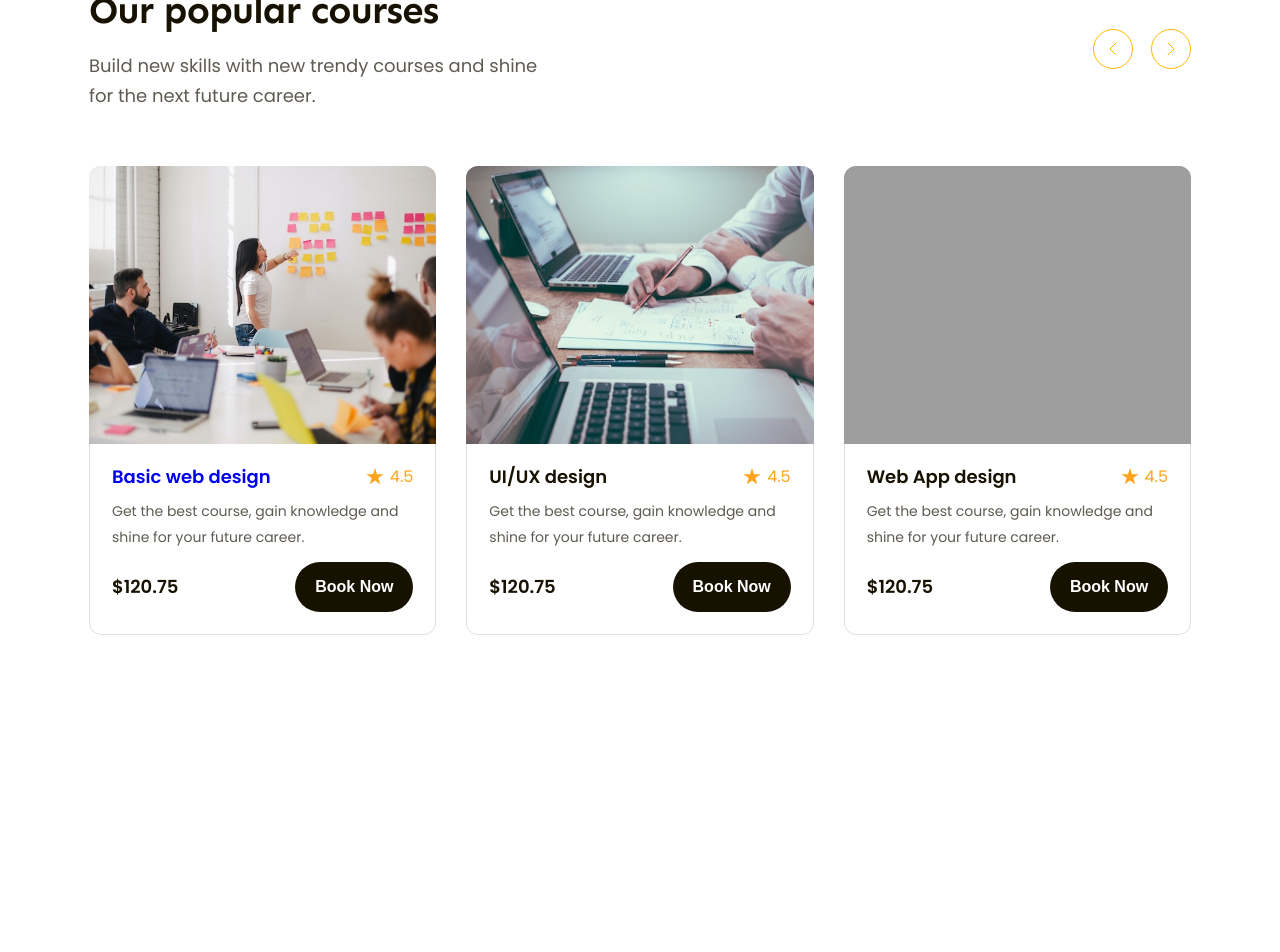
Repository: anhtien111198/f8-htmlcss-02
Page: index.html
An editor plug-in stored every save of this project. The page is shown before and after the next save, followed by the edit.
The browser window is 1280 px wide. The pictures show the part of the page from y = 1113 to 2065 px (the page is 5000 px tall).
Pictures or frames that could not be fetched are drawn as grey boxes. A picture or video elsewhere on the page could not be fetched, so the positions and the page height are approximate.

Above is the page before, as saved 2023-05-09 10:56:41.

### index.html
<!DOCTYPE html>
<html lang="en">
    <head>
        <meta charset="UTF-8" />
        <meta http-equiv="X-UA-Compatible" content="IE=edge" />
        <meta name="viewport" content="width=device-width, initial-scale=1.0" />
        <title>F8 project 02</title>
        <!-- reset css -->
        <link rel="stylesheet" href="./assets/css/reset.css" />
        <!-- font style -->
        <link rel="preconnect" href="https://fonts.googleapis.com" />
        <link rel="preconnect" href="https://fonts.gstatic.com" crossorigin />
        <link
            href="https://fonts.googleapis.com/css2?family=Poppins:ital,wght@0,400;0,500;0,600;0,700;0,800;0,900;1,400&family=Sen:wght@700&display=swap"
            rel="stylesheet"
        />
        <!-- style css -->
        <link rel="stylesheet" href="./assets/css/style.css" />
    </head>
    <body>
        <main style="height: 5000px">
            <!-- header -->
            <header class="header fixed">
                <div class="main-content">
                    <div class="body">
                        <img
                            src="./assets/img/Logo.svg"
                            alt="lesson."
                            class="logo"
                        />
                        <!-- nav -->
                        <nav class="nav">
                            <ul>
                                <li class="active">
                                    <a href="#!">Home</a>
                                </li>
                                <li>
                                    <a href="#!">Courses</a>
                                </li>
                                <li>
                                    <a href="#!">Pricing</a>
                                </li>
                                <li>
                                    <a href="#!">Reviews</a>
                                </li>
                            </ul>
                        </nav>
                        <!-- action -->
                        <div class="action">
                            <a href="#!" class="btn sign-up-btn">Sign Up</a>
                        </div>
                    </div>
                </div>
            </header>
            <!-- Hero -->
            <div class="hero">
                <div class="main-content">
                    <div class="body">
                        <!-- hero-left -->
                        <div class="media-block">
                            <img
                                src="./assets/img/hero-img-2.jpg"
                                alt="Learn without limits and spread knowledge."
                                class="img"
                            />
                            <div class="hero-summary">
                                <div class="item">
                                    <div class="icon">
                                        <img
                                            src="./assets/icons/list.svg"
                                            alt="list"
                                        />
                                    </div>
                                    <div class="info">
                                        <p class="label">20 Courses</p>
                                        <p class="title">UI/UX Design</p>
                                    </div>
                                </div>

                                <div class="item">
                                    <div class="icon">
                                        <img
                                            src="./assets/icons/code.svg"
                                            alt="list"
                                        />
                                    </div>
                                    <div class="info">
                                        <p class="label">20 Courses</p>
                                        <p class="title">Development</p>
                                    </div>
                                </div>

                                <div class="item">
                                    <div class="icon">
                                        <img
                                            src="./assets/icons/speaker.svg"
                                            alt="list"
                                        />
                                    </div>
                                    <div class="info">
                                        <p class="label">30 Courses</p>
                                        <p class="title">Marketing</p>
                                    </div>
                                </div>
                            </div>
                        </div>
                        <!-- hero right -->
                        <div class="content-block">
                            <h1 class="heading lv1">
                                Learn without limits and spread knowledge.
                            </h1>
                            <p class="desc">
                                Build new skills for that “this is my year”
                                feeling with courses, certificates, and degrees
                                from world-class universities and companies.
                            </p>
                            <div class="cta-group">
                                <a href="" class="btn hero-cta">See Course</a>
                                <button class="watch-video">
                                    <div class="icon">
                                        <img
                                            src="./assets/icons/play.svg"
                                            alt="play"
                                        />
                                    </div>
                                    <span>Watch Video</span>
                                </button>
                            </div>
                            <p class="desc">Recent engagement</p>
                            <p class="desc stats">
                                <strong>50K</strong> Students
                                <strong>70+</strong> Courses
                            </p>
                        </div>
                    </div>
                </div>
            </div>
            <!-- Popular -->
            <div class="popular">
                <div class="main-content">
                    <div class="popular-top">
                        <div class="info">
                            <h2 class="heading lv2">Our popular courses</h2>
                            <p class="desc">
                                Build new skills with new trendy courses and
                                shine for the next future career.
                            </p>
                        </div>
                        <div class="controls">
                            <button class="control-btn">
                                <svg
                                    width="8"
                                    height="14"
                                    viewBox="0 0 8 14"
                                    fill="none"
                                    xmlns="http://www.w3.org/2000/svg"
                                >
                                    <path
                                        d="M7 1L1 7L7 13"
                                        stroke="currentColor"
                                        stroke-linecap="round"
                                        stroke-linejoin="round"
                                    />
                                </svg>
                            </button>
                            <button class="control-btn">
                                <svg
                                    width="8"
                                    height="14"
                                    viewBox="0 0 8 14"
                                    fill="none"
                                    xmlns="http://www.w3.org/2000/svg"
                                >
                                    <path
                                        d="M1 1L7 7L1 13"
                                        stroke="currentColor"
                                        stroke-linecap="round"
                                        stroke-linejoin="round"
                                    />
                                </svg>
                            </button>
                        </div>
                    </div>

                    <div class="course-list">
                        <!-- course 1 -->
                        <div class="course-item">
                            <a href="#!">
                                <img
                                    src="./assets/img/course-1.jpg"
                                    alt="Basic web design"
                                    class="thumb"
                                />
                            </a>
                            <div class="info">
                                <div class="head">
                                    <h3 class="title">
                                        <a href="#!">Basic web design</a>
                                    </h3>
                                    <div class="rating">
                                        <img
                                            src="./assets/icons/star.svg"
                                            alt="star"
                                            class="star"
                                        />
                                        <span class="value">4.5</span>
                                    </div>
                                </div>
                                <p class="desc">
                                    Get the best course, gain knowledge and
                                    shine for your future career.
                                </p>
                                <div class="foot">
                                    <span class="price">$120.75</span>
                                    <button class="btn book-btn">
                                        Book Now
                                    </button>
                                </div>
                            </div>
                        </div>

                        <!-- course-2 -->
                        <div class="course-item">
                            <a href="">
                                <img
                                    src="./assets/img/course-2.jpg"
                                    alt="UI/UX design"
                                    class="thumb"
                                />
                            </a>
                            <div class="info">
                                <div class="head">
                                    <h3 class="title">UI/UX design</h3>
                                    <div class="rating">
                                        <img
                                            src="./assets/icons/star.svg"
                                            alt="star"
                                            class="star"
                                        />
                                        <span class="value">4.5</span>
                                    </div>
                                </div>
                                <p class="desc">
                                    Get the best course, gain knowledge and
                                    shine for your future career.
                                </p>
                                <div class="foot">
                                    <span class="price">$120.75</span>
                                    <button class="btn book-btn">
                                        Book Now
                                    </button>
                                </div>
                            </div>
                        </div>
                        <!-- course 3 -->
                        <div class="course-item">
                            <a href="">
                                <img
                                    src="./assets/img/course-3.jpg"
                                    alt="Web App design"
                                    class="thumb"
                                />
                            </a>
                            <div class="info">
                                <div class="head">
                                    <h3 class="title">Web App design</h3>
                                    <div class="rating">
                                        <img
                                            src="./assets/icons/star.svg"
                                            alt="star"
                                            class="star"
                                        />
                                        <span class="value">4.5</span>
                                    </div>
                                </div>
                                <p class="desc">
                                    Get the best course, gain knowledge and
                                    shine for your future career.
                                </p>
                                <div class="foot">
                                    <span class="price">$120.75</span>
                                    <button class="btn book-btn">
                                        Book Now
                                    </button>
                                </div>
                            </div>
                        </div>
                    </div>
                </div>
            </div>
        </main>
    </body>
</html>

### assets/css/style.css
* {
    box-sizing: border-box;
}
:root {
    --primary: #ffb900;
    --font-heading: Sen, sans-serif;
}
html {
    font-size: 62.5%;
}
body {
    font-size: 1.6rem;
    font-family: "Poppins", sans-serif;
}
/* =========Common============= */
a {
    text-decoration: none;
}
.btn {
    display: inline-block;
    min-width: 118px;
    padding: 0 16px;
    line-height: 50px;
    font-weight: 600;
    font-size: 1.6rem;
    text-align: center;
    color: #ffffff;
    background: #171100;
    border-radius: 999px;
}
.btn:hover {
    cursor: pointer;
    opacity: 0.9;
}
.heading {
    font-family: var(--font-heading);
    font-weight: 700;
    letter-spacing: -0.02em;
    color: #171100;
}
.heading.lv1 {
    font-size: 5.8rem;
    line-height: 1.17;
}
.heading.lv2 {
    font-size: 3.8rem;
    line-height: 1.26;
}
.main-content {
    width: 1170px;
    max-width: calc(100% - 48px);
    margin: auto;
}
/* =========Header============= */
.header {
    background-color: #fffcf4;
}
.header.fixed {
    position: sticky;
    top: -28px;
    z-index: 9;
}
.header .body {
    display: flex;
    align-items: center;
    padding: 36px 0 8px;
}
.nav {
    margin-left: auto;
}
.nav ul {
    display: flex;
}
.nav a {
    position: relative;
    padding: 8px 21px;
    font-weight: 400;
    font-size: 1.6rem;
    color: #5f5b53;
}
.nav a:hover,
.nav li.active a {
    /* font-weight: 600; */
    text-shadow: 1px 0 0 currentColor;
    color: #171100;
}
.nav li.active a::after {
    position: absolute;
    content: "";
    bottom: 6px;
    left: 21px;
    display: block;
    width: 12px;
    height: 2px;
    background: #171100;
    border-radius: 1px;
}
.header .sign-up-btn {
    min-width: 144px;
}
.header .action {
    margin-left: 49px;
}
/* =========hero============== */
.hero {
    padding: 56px 0 65px;
    background: #fffcf4;
}
.hero .body {
    display: flex;
}

/* ========hero left============== */
.hero .media-block {
    position: relative;
    width: 48%;
}
.hero .media-block .img {
    width: 470px;
    height: 685px;
    object-fit: cover;
    border-radius: 20px;
    /* dùng để xử lý phần thừa khi sử dụng thẻ inline */
    display: block;
}
.hero-summary {
    position: absolute;
    width: 270px;
    padding: 24px;
    right: 0;
    bottom: 48px;
    background: #ffffff;
    box-shadow: 0px 16px 32px rgba(0, 0, 0, 0.05);
    border-radius: 12px;
}
.hero-summary .item {
    display: flex;
    align-items: center;
}
.hero-summary .item + .item {
    margin-top: 22px;
}
.hero-summary .icon {
    width: 48px;
    height: 48px;
    border-radius: 50%;
    display: flex;
    justify-content: center;
    align-items: center;
    background: #fff9e8;
}
.hero-summary .item:nth-of-type(2) .icon {
    background: #fcefff;
}
.hero-summary .item:nth-of-type(2) .icon {
    background: #ebeaff;
}
.hero-summary .info {
    margin-left: 16px;
}
.hero-summary .label {
    font-weight: 400;
    font-size: 1.4rem;
    line-height: 1.86;
    color: #5f5b53;
}
.hero-summary .title {
    font-weight: 600;
    font-size: 1.8rem;
    line-height: 1.67;
    color: #171100;
}

/* =========hero right============= */
.hero .content-block {
    width: 52%;
    padding: 64px 0 0 130px;
}

.hero .desc {
    margin-top: 22px;
    font-weight: 400;
    font-size: 1.8rem;
    line-height: 1.67;
    color: #5f5b53;
}
.hero .cta-group {
    display: flex;
    align-items: center;
    margin: 38px 0 48px;
}
.hero-cta {
    min-width: 180px;
    line-height: 64px;
    background-color: var(--primary);
}
.hero .watch-video {
    display: flex;
    align-items: center;
    margin-left: 28px;
    border: none;
    background: #fffcf4;
    cursor: pointer;
}
.hero .watch-video .icon {
    display: flex;
    align-items: center;
    justify-content: center;
    width: 40px;
    height: 40px;
    border-radius: 50%;
    background: #ffffff;
    box-shadow: 0px 8px 16px rgba(0, 0, 0, 0.07);
}

.hero .watch-video span {
    margin-left: 14px;
    font-weight: 600;
    font-size: 1.8rem;
    line-height: 1.67;
    color: #171100;
    background: #fffcf4;
}
.hero .stats {
    margin: 8px 0 0 -28px;
}
.hero .stats strong {
    padding: 0 8px 0 28px;
    font-family: var(--font-heading);
    font-weight: 700;
    font-size: 4.4rem;
    line-height: 1.23;
    color: #171100;
}

/* =========Popular========= */
.popular {
    padding: 65px;
    margin-top: 135px;
}
.popular-top {
    display: flex;
    justify-content: space-between;
}
.popular-top .desc {
    margin-top: 16px;
    width: 458px;
    font-weight: 400;
    font-size: 1.8rem;
    line-height: 1.67;
    color: #5f5b53;
}
.popular-top .controls {
    display: flex;
    align-items: center;
    gap: 18px;
}
.popular-top .control-btn {
    display: flex;
    align-items: center;
    justify-content: center;
    width: 40px;
    height: 40px;
    border-radius: 50%;
    color: var(--primary);
    border: 1px solid var(--primary);
    background: transparent;
}
.popular-top .control-btn:hover {
    background: var(--primary);
    color: #fff;
    cursor: pointer;
}
.popular .course-list {
    display: flex;
    gap: 30px;
    margin-top: 55px;
}
.popular .course-item {
    flex: 1;
    background: #ffffff;
    border: 1px solid #e2dfda;
    border-radius: 12px;
}
.popular .course-item:hover {
    border-color: transparent;
    background: #ffffff;
    box-shadow: 0px 18px 36px rgba(0, 0, 0, 0.05);
}
.popular .course-item .thumb {
    width: calc(100% + 2px);
    height: 278px;
    margin: -1px;
    object-fit: cover;
    border-radius: 12px 12px 0px 0px;
}
.popular .course-item .info {
    padding: 16px 22px 22px 22px;
}
.popular .course-item .rating,
.popular .course-item .foot,
.popular .course-item .head {
    display: flex;
    align-items: center;
    justify-content: space-between;
}
.popular .course-item .title {
    font-weight: 600;
    font-size: 1.8rem;
    line-height: 1.67;
    color: #171100;
}
.popular .rating .value {
    margin-left: 6px;
    font-weight: 400;
    font-size: 1.6rem;
    line-height: 1.75;
    color: #fea31b;
}
.popular .course-item .desc {
    margin-top: 6px;
    font-weight: 400;
    font-size: 1.4rem;
    line-height: 1.86;
    color: #5f5b53;
}
.popular .course-item .foot {
    margin-top: 12px;
}

.popular .foot .price {
    font-weight: 600;
    font-size: 1.8rem;
    line-height: 1.67;
    color: #171100;
}
.popular .course-item .book-btn {
    border: none;
}
.popular .course-item .book-btn:hover {
    color: #fff;
    background: var(--primary);
}

Loaded but not shown: assets/css/reset.css (common file)

After the next save:
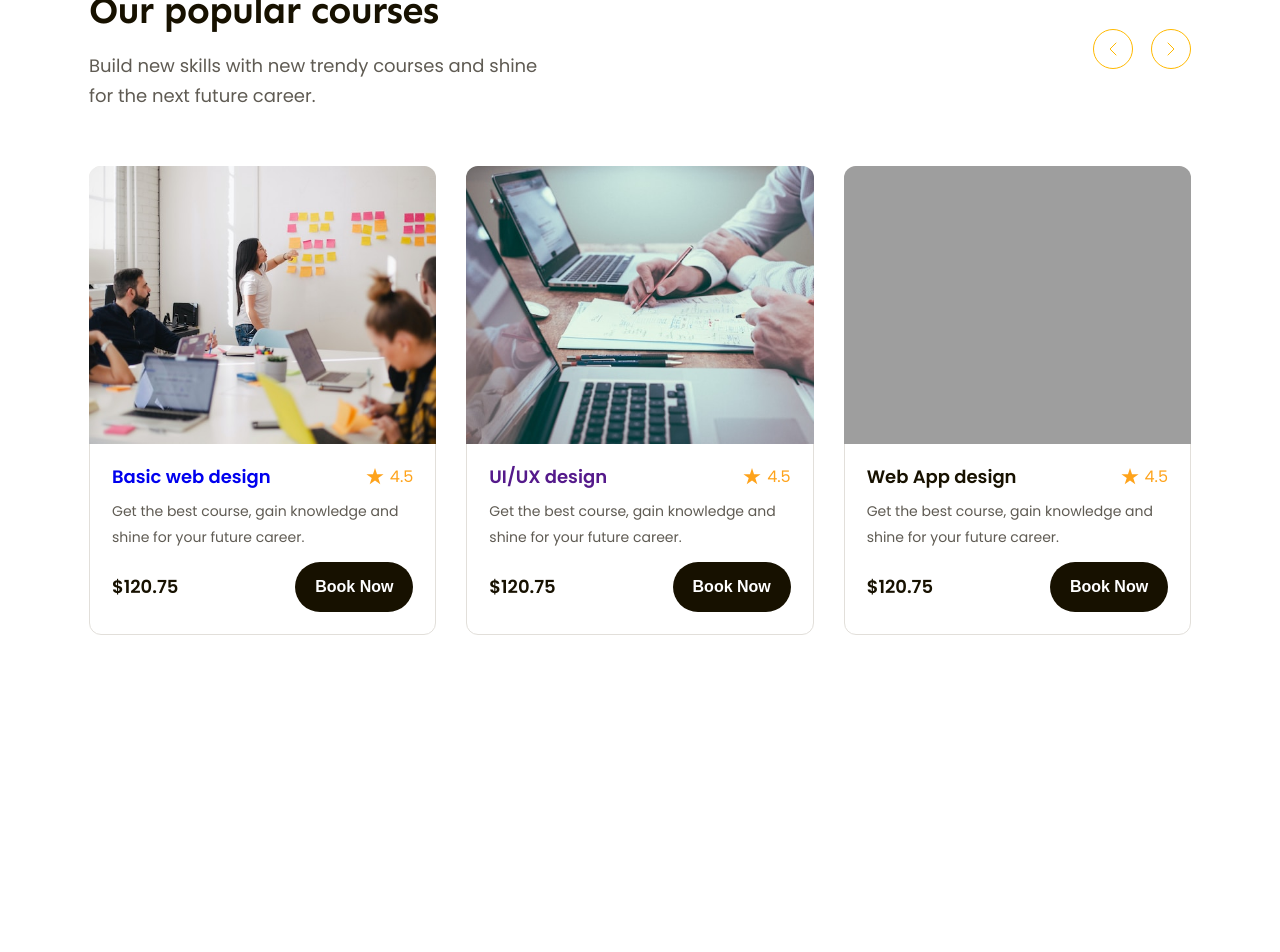
Saved 14 s later.
--- a/index.html
+++ b/index.html
@@ -230,7 +230,9 @@
                             </a>
                             <div class="info">
                                 <div class="head">
-                                    <h3 class="title">UI/UX design</h3>
+                                    <h3 class="title">
+                                        <a href=""> UI/UX design </a>
+                                    </h3>
                                     <div class="rating">
                                         <img
                                             src="./assets/icons/star.svg"
